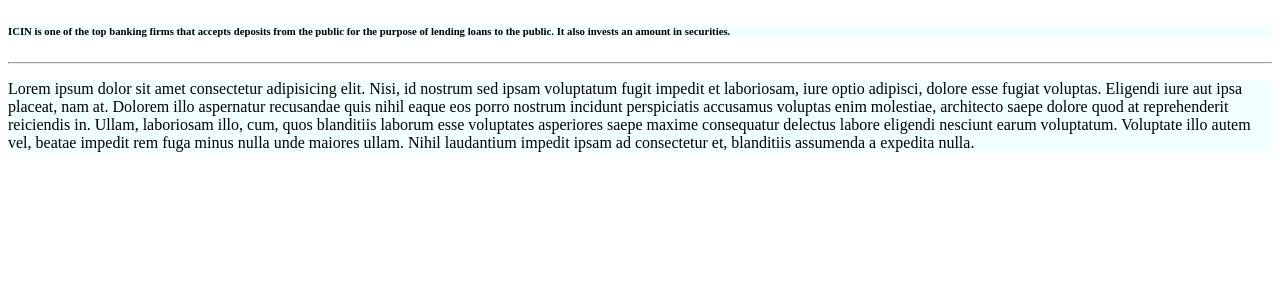
Repository: jha6435/phase3Revision
Page: http://localhost/home
The author's editor kept a copy of each file at every save. The page is drawn from the files as they stood at one save, then again after the next save.
The browser window is 1280 px wide. The pictures show the whole page.
The page is this project's Thymeleaf template; nobody is signed in. The template is opened directly, without the code that normally fills it, so the values that code supplies are empty.

Above is the page before, as saved 2023-07-05 06:39:29.

### ICIN_Banking_Project/src/main/resources/templates/home.html
<!DOCTYPE html>
<html>
<head>
<meta charset="ISO-8859-1">
<title>Insert title here</title>
    <style>
p{background-color:azure}

  h6{background-color:azure}
   </style>
</head>
<body background-color:yellow>
<h6>ICIN is one of the top banking firms that accepts deposits from the public for the purpose of lending loans to the public. It also invests an amount in securities.</h6>
<hr>
<p> Lorem ipsum dolor sit amet consectetur adipisicing elit. Nisi, id nostrum sed ipsam
voluptatum fugit impedit et laboriosam, iure optio adipisci, dolore esse fugiat voluptas.
Eligendi iure aut ipsa placeat, nam at. Dolorem illo aspernatur recusandae quis nihil eaque eos porro nostrum
 incidunt perspiciatis accusamus voluptas enim molestiae, architecto saepe dolore quod at reprehenderit
 reiciendis in. Ullam, laboriosam illo, cum, quos blanditiis laborum esse voluptates asperiores saepe maxime
  consequatur delectus labore eligendi nesciunt earum voluptatum. Voluptate illo autem vel, beatae impedit
  rem fuga minus nulla unde maiores ullam. Nihil laudantium impedit ipsam ad consectetur et,
 blanditiis assumenda a expedita nulla.</p>
</body>
</html>

After the next save:
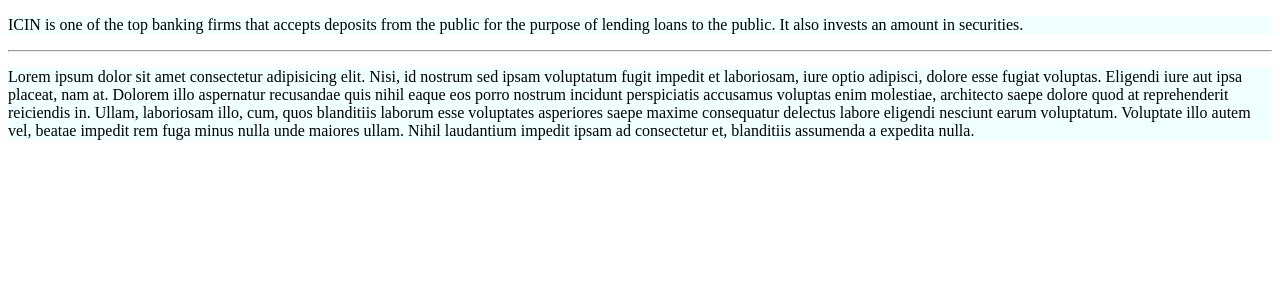
Saved 51 s later.
--- a/ICIN_Banking_Project/src/main/resources/templates/home.html
+++ b/ICIN_Banking_Project/src/main/resources/templates/home.html
@@ -6,11 +6,10 @@
     <style>
 p{background-color:azure}
 
-  h6{background-color:azure}
    </style>
 </head>
 <body background-color:yellow>
-<h6>ICIN is one of the top banking firms that accepts deposits from the public for the purpose of lending loans to the public. It also invests an amount in securities.</h6>
+<p>ICIN is one of the top banking firms that accepts deposits from the public for the purpose of lending loans to the public. It also invests an amount in securities.<p>
 <hr>
 <p> Lorem ipsum dolor sit amet consectetur adipisicing elit. Nisi, id nostrum sed ipsam
 voluptatum fugit impedit et laboriosam, iure optio adipisci, dolore esse fugiat voluptas.
